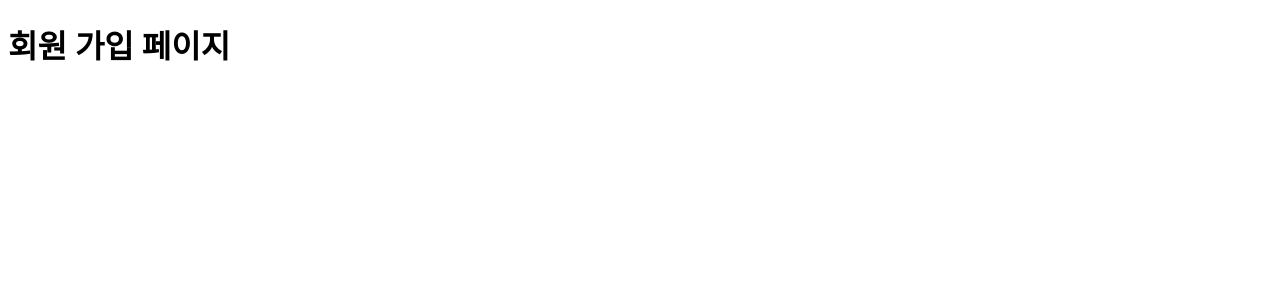
Repository: woneeseo/javastudy
Page: htmlStudy/workspace_html/HelloWorld/WebContent/d.html
These files come from the project's save history. The page is drawn as it stood at one moment and after a run of saves; the edit follows.
The browser window is 1280 px wide. The pictures show the whole page.

Above is the page before, as saved 2020-12-04 06:56:09.

After the next 2 saves:
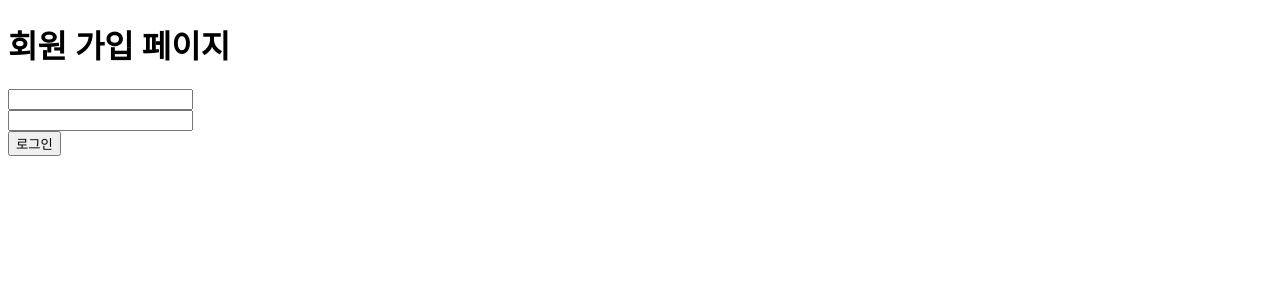
The 2 saves are shown as one change because they came seconds apart.
The last was saved 76 s later.
--- a/htmlStudy/workspace_html/HelloWorld/WebContent/d.html
+++ b/htmlStudy/workspace_html/HelloWorld/WebContent/d.html
@@ -8,5 +8,15 @@
 
 <h1>회원 가입 페이지</h1>
 
+<form action="">
+
+	<input name="id">
+	<br>
+	<input type="password" name="pw">
+	<br>
+	<input type="submit" value="로그인">
+
+</form>
+
 </body>
 </html>
